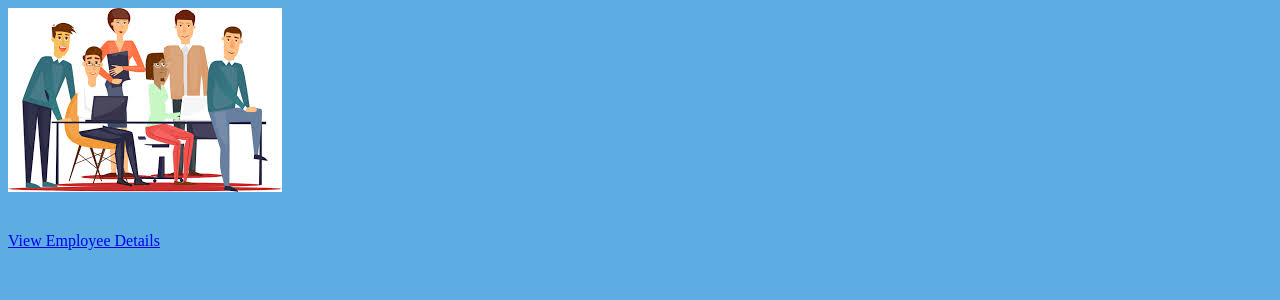
Repository: LSLParvathi/WebApplications
Page: http://localhost/Pagination/Resourses/jsp/Firstpage.jsp
An editor plug-in stored every save of this project. The page is shown before and after the next save, followed by the edit.
The browser window is 1280 px wide. The pictures show the whole page.
The page is served by Tomcat 9.

Above is the page before, as saved 2020-02-15 06:34:50.

After the next save:
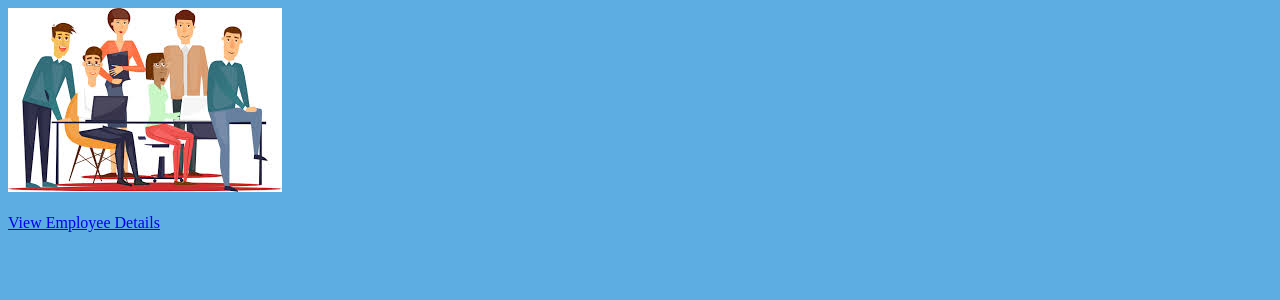
Saved 10 s later.
--- a/Pagination/WebContent/Resourses/jsp/Firstpage.jsp
+++ b/Pagination/WebContent/Resourses/jsp/Firstpage.jsp
@@ -8,7 +8,7 @@
  <link rel="stylesheet" href="../css/styling.css" type="text/css">
 </head>
 <body>
-<img alt="pic" src="../Images/emp.jpeg"  ><br><br><br>
+<img alt="pic" src="../Images/emp.jpeg"  ><br><br>
 <a href="welcome">View Employee Details</a>
 
 </body>
